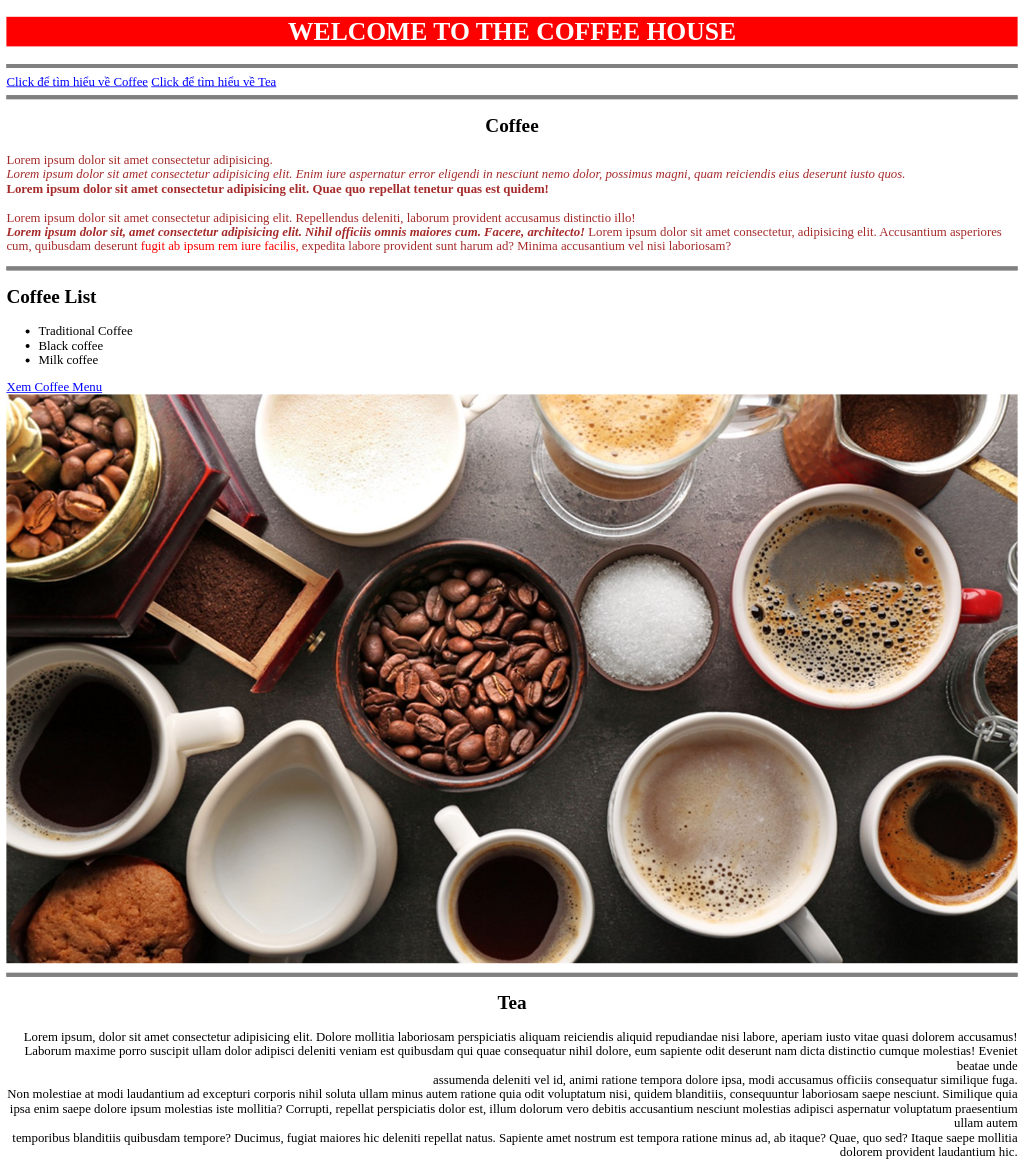
Repository: giahuy405/HomeWork_Coffee
Page: index.html
These files come from the project's save history. The page is drawn as it stood at one moment and after the next save; the edit follows.
The browser window is 1280 px wide. The pictures show the whole page, at 80% of full size.

Above is the page before, as saved 2022-09-07 01:22:28.

After the next save:
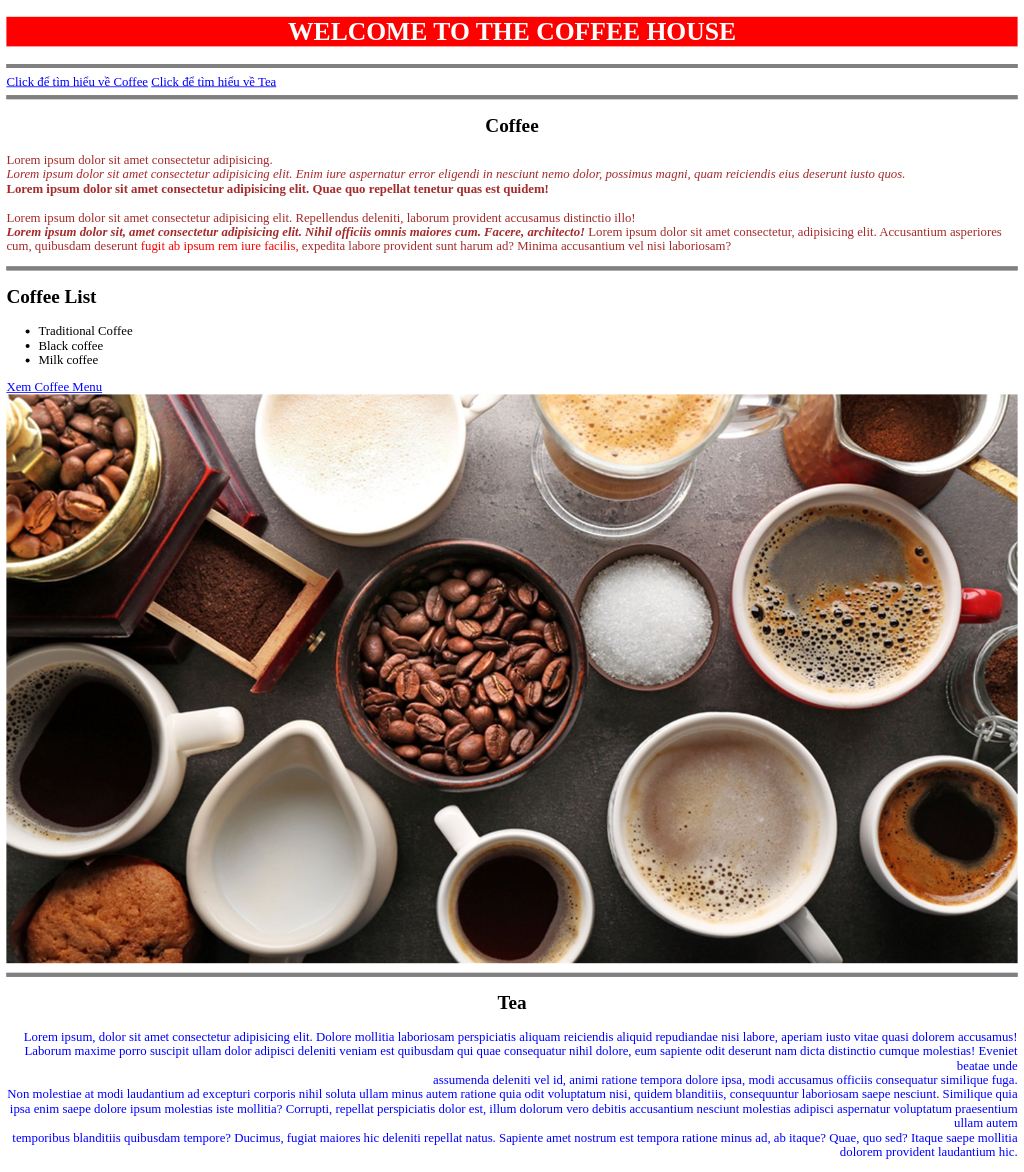
Saved 62 s later.
--- a/index.html
+++ b/index.html
@@ -47,7 +47,7 @@
     <hr size="5px" noshade>
     <div class="tea-intro">
         <h2 style="text-align:center">Tea</h2>
-        <p style="text-align:right">Lorem ipsum, dolor sit amet consectetur adipisicing elit. Dolore mollitia laboriosam perspiciatis aliquam reiciendis aliquid repudiandae nisi labore, aperiam iusto vitae quasi dolorem accusamus! <br>
+        <p style="text-align:right;color:blue">Lorem ipsum, dolor sit amet consectetur adipisicing elit. Dolore mollitia laboriosam perspiciatis aliquam reiciendis aliquid repudiandae nisi labore, aperiam iusto vitae quasi dolorem accusamus! <br>
             Laborum maxime porro suscipit ullam dolor adipisci deleniti veniam est quibusdam qui quae consequatur nihil dolore, eum sapiente odit deserunt nam dicta distinctio cumque molestias! Eveniet beatae unde
         <br>
         assumenda deleniti vel id, animi ratione tempora dolore ipsa, modi accusamus officiis consequatur similique fuga.
